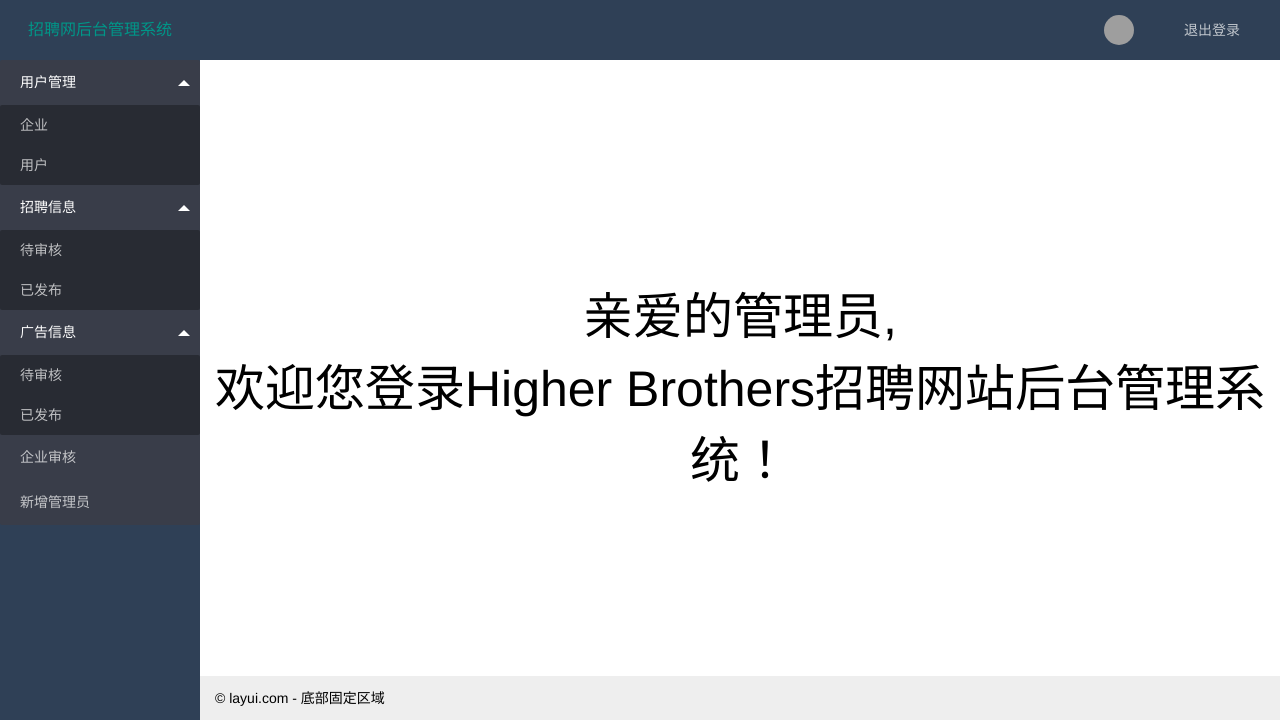
Repository: LongJinhe-coder/java-web-
Page: http://localhost/projectDemo7.30/adminhome.jsp
The author's editor kept a copy of each file at every save. The page is drawn from the files as they stood at one save, then again after the next save.
The browser window is 1280 px wide. The pictures show the whole page.
Pictures or frames that could not be fetched are drawn as grey boxes. The page is served by Tomcat 9. Other server files are loaded and not shown.

Above is the page before, as saved 2020-07-30 01:40:55.

### MyEclipse CI/projectDemo7.30/WebRoot/adminhome.jsp
<%@ page language="java" import="java.util.*" pageEncoding="UTF-8"%>
<%@ page import="com.etc.entity.*" %>
<%
String path = request.getContextPath();
String basePath = request.getScheme()+"://"+request.getServerName()+":"+request.getServerPort()+path+"/";
%>

<!DOCTYPE html HTML PUBLIC "-//W3C//DTD HTML 4.01 Transitional//EN">
<html>
<head>
  <meta charset="utf-8">
  <meta name="viewport" content="width=device-width, initial-scale=1, maximum-scale=1">
  <title>招聘网后台管理</title>
  <link rel="stylesheet" href="layui/css/layui.css">
</head>


<body class="layui-layout-body">
<%
	String loadPageUrl = "index.jsp";
	String adminName = (String)request.getAttribute("adminname");
  if(session.getAttribute("url")!=null){
  loadPageUrl = (String)session.getAttribute("url");
  }
  //if(loadPageUrl.equals("jobSeekers.jsp")){//根据loadPageUrl不同给不同界面传递不同的list
  // List<User> list = (List<User>)request.getAttribute("userlist");
  //}
	PageData pagedata = (PageData)request.getAttribute("pagedata");
  	System.out.println("adminhome-pagedata="+pagedata);
  	String adminname = (String)session.getAttribute("adminname");
 %>
<div class="layui-layout layui-layout-admin">
  <div class="layui-header layui-bg-cyan">
    <div class="layui-logo">招聘网后台管理系统</div>
    <!-- 头部区域（可配合layui已有的水平导航） -->

    <ul class="layui-nav layui-layout-right ">
      <li class="layui-nav-item layui-bg-cyan">
        <a href="javascript:;">
          <img src="http://t.cn/RCzsdCq" class="layui-nav-img">
           ${adminname}
        </a>
      </li>
      <li class="layui-nav-item"><a href="login.jsp">退出登录</a></li>
    </ul>
  </div>

  <div class="layui-side  layui-bg-cyan">
    <div class="layui-side-scroll">
      <!-- 左侧导航区域（可配合layui已有的垂直导航） -->
      <ul class="layui-nav layui-nav-tree"  lay-filter="test">
        <li class="layui-nav-item layui-nav-itemed">
          <a class="" href="javascript:">用户管理</a>
          <dl class="layui-nav-child">
            <dd><a href="javascript:getFirm('firmAccount.jsp');">企业</a></dd>
            <dd><a href="javascript:getUser('userAccount.jsp');">用户</a></dd>
          </dl>
        </li>
        <li class="layui-nav-item layui-nav-itemed">
          <a href="javascript:">招聘信息</a>
          <dl class="layui-nav-child">
            <dd><a href="javascript:checkRecruitment('checkRecruitment.jsp','未审核');">待审核</a></dd>
            <dd><a href="javascript:checkRecruitment('publishedRecruitment.jsp','已发布');">已发布</a></dd>
          </dl>
        </li>
        <li class="layui-nav-item layui-nav-itemed">
          <a href="javascript:;">广告信息</a>
          <dl class="layui-nav-child">
            <dd><a href="javascript:changeUrl('displayFirmResume.jsp');">待审核</a></dd>
            <dd><a href="javascript:;">已发布</a></dd>
          </dl>
        </li>
        <li class="layui-nav-item"><a href="javascript:getFirm('checkFirmRegister.jsp');">企业审核</a></li>
        <li class="layui-nav-item"><a href="javascript:changeUrl('addAdmin.jsp')">新增管理员</a></li>
      </ul>

    </div>
  </div>

  <div class="layui-body">
    <!-- 内容主体区域 -->
 <div style="margin-top: 20px">
 <jsp:include page="<%=loadPageUrl %>" flush="true">
 <jsp:param value="${pagedata}" name="pagedata"/>
 <jsp:param value="${adminname}" name="adminname"/>
 </jsp:include>
 </div>

  </div>

  <div class="layui-footer">
    <!-- 底部固定区域 -->
    © layui.com - 底部固定区域
  </div>
</div>
<script src="layui/layui.js"></script>
<script type="text/javascript">
//JavaScript代码区域
layui.use('element', function(){
  var element = layui.element;

});

function changeUrl(name){

console.log("name=",name);
	location.href="ChangeUrlServlet?url="+name+"";

}
function getUser(url){
	location.href="UserServlet?option=queryByPage&url="+url+"";
}

function getFirm(url){
	location.href="FirmServlet?option=queryByPage&url="+url+"";
}

function checkRecruitment(url,checkStatus){
	location.href="RecruitmentInfo?option=queryByPageAdmin&url="+url+"&checkStatus="+checkStatus+"";
}

</script>
</body>
</html>

### MyEclipse CI/projectDemo7.30/WebRoot/index.jsp
<%@ page language="java" import="java.util.*" pageEncoding="UTF-8"%>
<%
String path = request.getContextPath();
String basePath = request.getScheme()+"://"+request.getServerName()+":"+request.getServerPort()+path+"/";
%>

<!DOCTYPE HTML PUBLIC "-//W3C//DTD HTML 4.01 Transitional//EN">
<html>
  <head>
  <meta charset="utf-8">
  <title>Layui</title>
  <meta name="renderer" content="webkit">
  <meta http-equiv="X-UA-Compatible" content="IE=edge,chrome=1">
  <meta name="viewport" content="width=device-width, initial-scale=1, maximum-scale=1">
  <link rel="stylesheet" href="layui/css/layui.css"  media="all">
  <!-- 注意：如果你直接复制所有代码到本地，上述css路径需要改成你本地的 -->
</head>

  <body>

<div style="font-size: 50px;margin-top: 20%;text-align: center;">亲爱的管理员<font size="30px" color="green">${adminname}</font>,</br>欢迎您登录Higher Brothers招聘网站后台管理系统！</div>
  </body>

</html>

Loaded but not shown: MyEclipse CI/projectDemo7.30/WebRoot/layui/css/layui.css (library); MyEclipse CI/projectDemo7.30/WebRoot/layui/layui.js (library); MyEclipse CI/projectDemo7.30/WebRoot/layui/lay/modules/element.js (library); MyEclipse CI/projectDemo7.30/WebRoot/layui/lay/modules/jquery.js (library)

After the next save:
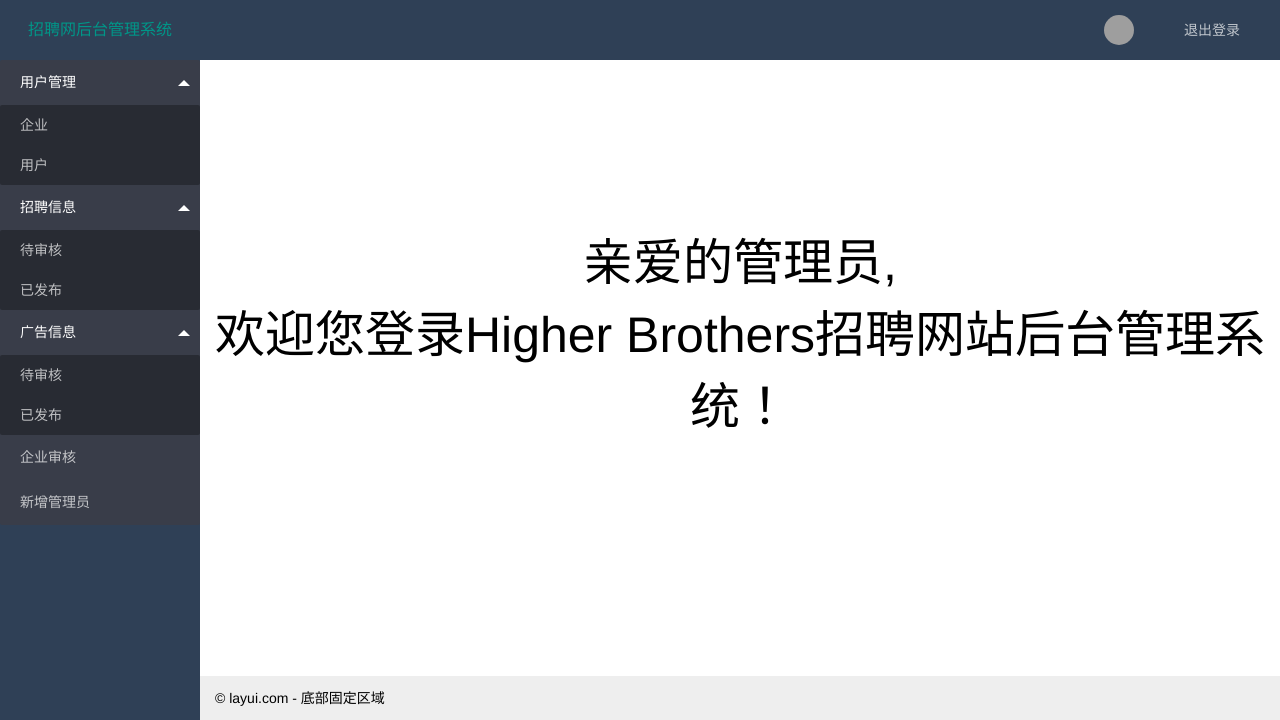
Saved 13 s later.
--- a/MyEclipse CI/projectDemo7.30/WebRoot/index.jsp
+++ b/MyEclipse CI/projectDemo7.30/WebRoot/index.jsp
@@ -18,7 +18,7 @@ String basePath = request.getScheme()+"://"+request.getServerName()+":"+request.
 
   <body>
 
-<div style="font-size: 50px;margin-top: 20%;text-align: center;">亲爱的管理员<font size="30px" color="green">${adminname}</font>,</br>欢迎您登录Higher Brothers招聘网站后台管理系统！</div>
+<div style="font-size: 50px;margin-top: 15%;text-align: center;">亲爱的管理员<font size="30px" color="green">${adminname}</font>,</br>欢迎您登录Higher Brothers招聘网站后台管理系统！</div>
   </body>
 
 </html>
